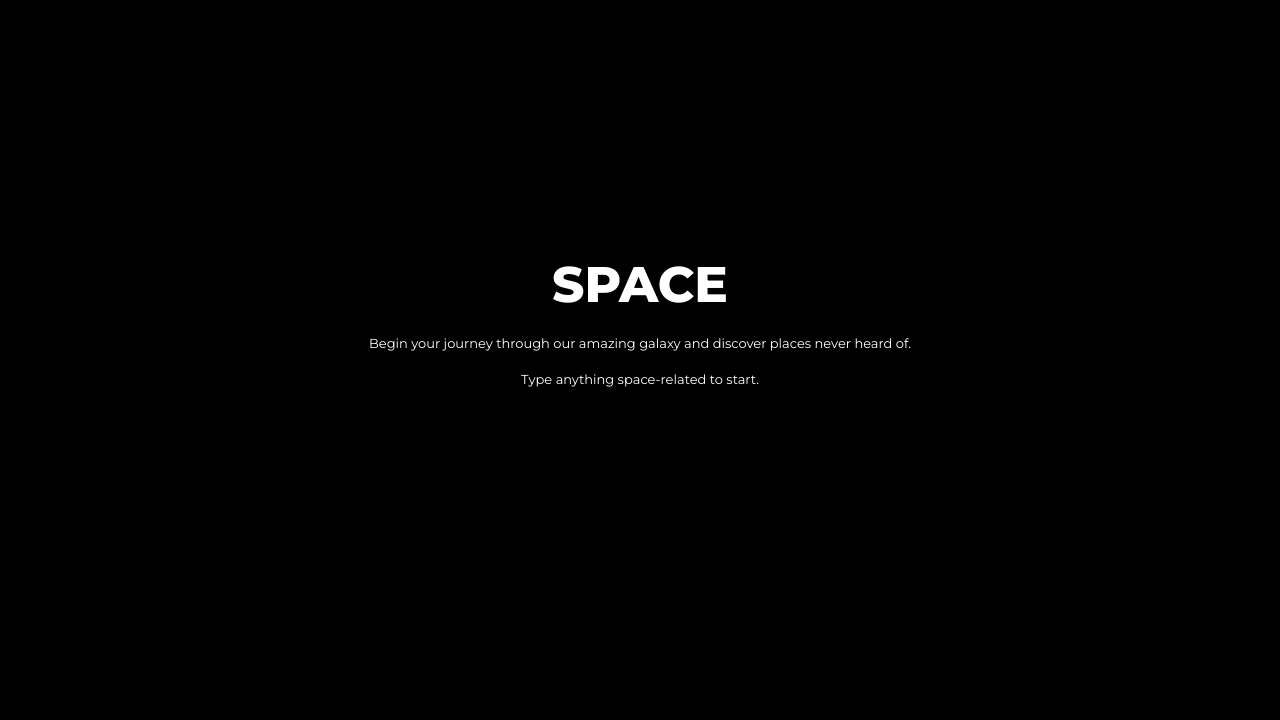
Repository: pmor80/spacer
Page: /
The author's editor kept a copy of each file at every save. The page is drawn from the files as they stood at one save, then again after the next save.
The browser window is 1280 px wide. The pictures show the whole page.
The project was rebuilt for these pictures with package versions that can differ from the ones it lists, and the page was loaded fresh each time.

Above is the page before, as saved 2019-07-02 16:01:20.

After the next save:
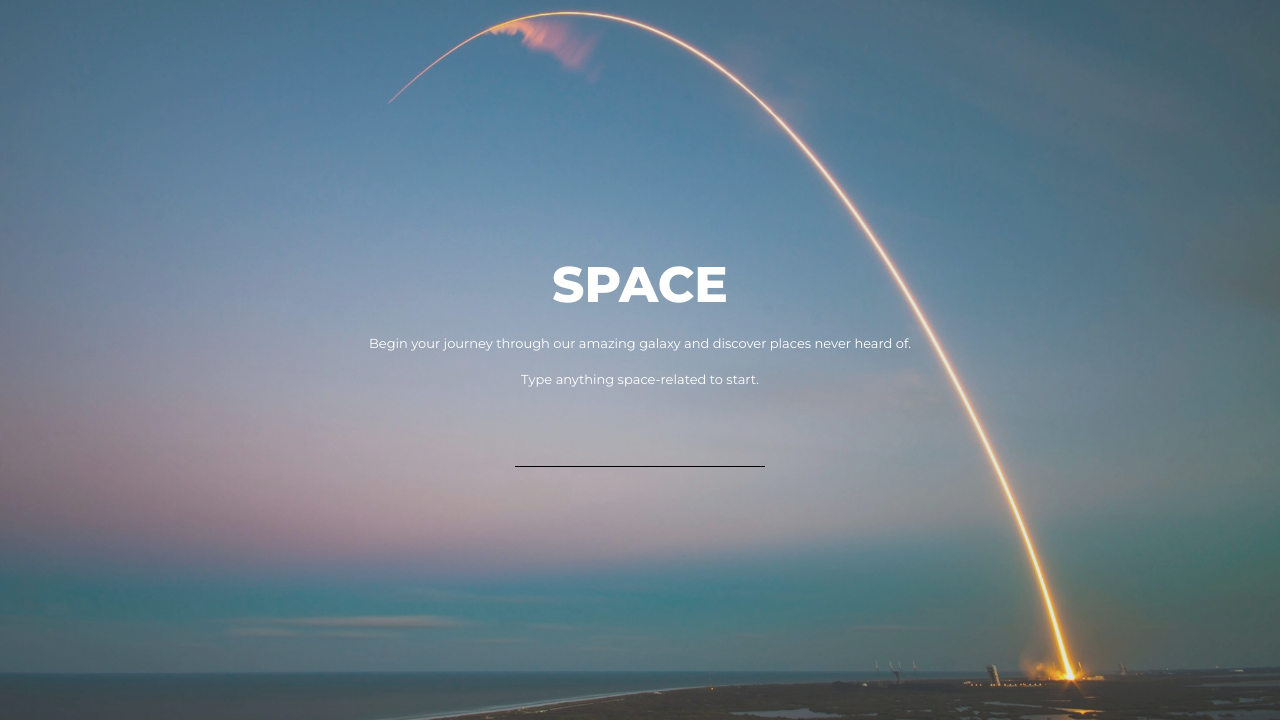
Saved 30 s later.
--- a/src/components/HeroImage.vue
+++ b/src/components/HeroImage.vue
@@ -23,7 +23,7 @@ export default {
 }
 .heroImage::after {
   content: "";
-  background: #000;
+  background: rgba(0, 0, 0, 0.1);
   position: absolute;
   top: 0;
   left: 0;
